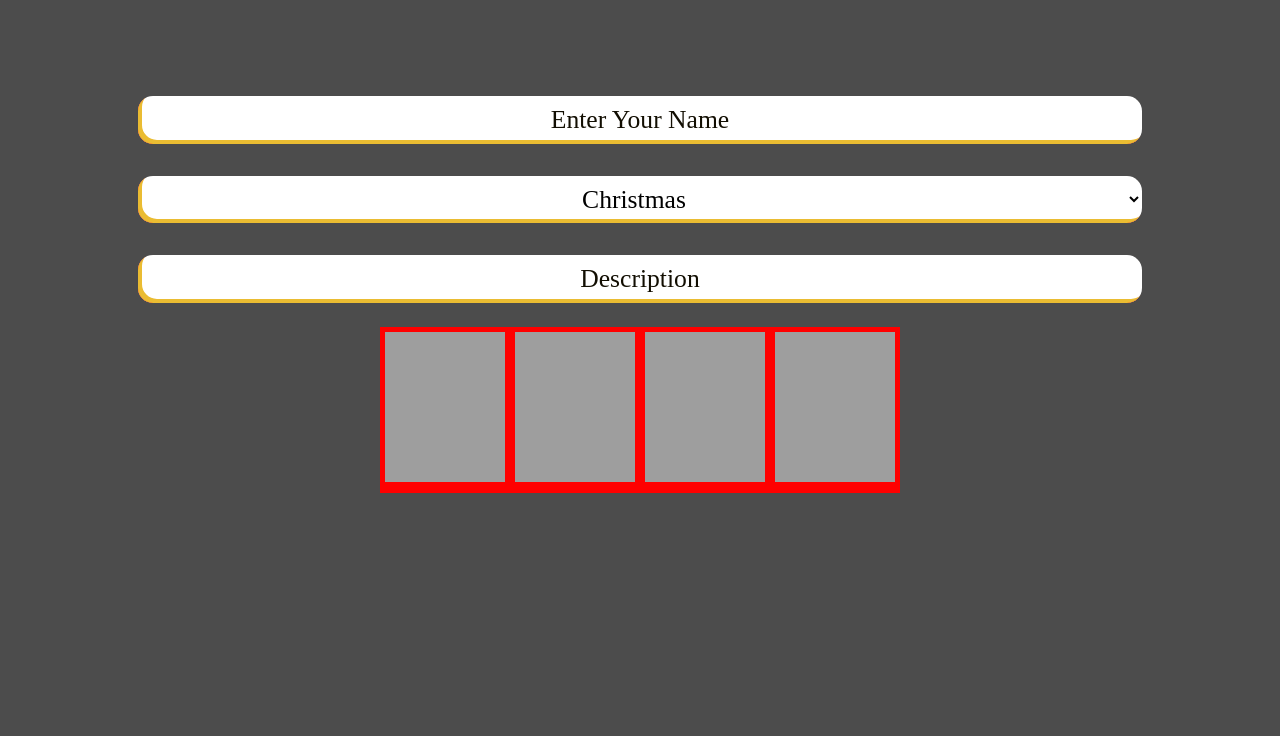
Repository: Haneef-Shaik/Greetings
Page: /
These files come from the project's save history. The page is drawn as it stood at one moment and after the next save; the edit follows.
The browser window is 1280 px wide. The pictures show the whole page.
Pictures or frames that could not be fetched are drawn as grey boxes. The project was rebuilt for these pictures with package versions that can differ from the ones it lists, and the page was loaded fresh each time. The framework's server and built-in components were replaced by stand-ins that run in the browser. Also part of the build but not shown: next.config.js, styles/card.module.scss, components/card.js, styles/socialShare.module.scss, components/socialShare.js.

Above is the page before, as saved 2021-12-01 21:02:23.

### pages/_app.js
import '../styles/globals.css'
import 'bootstrap/dist/css/bootstrap.css'


function MyApp({ Component, pageProps }) {
  return <Component {...pageProps} />
}

export default MyApp

### pages/index.js
import Card from "../components/card.js";
import {useRouter} from 'next/router';
import Ss from "../components/socialShare"
import InpFrm from "../components/form"

export default function Home() {
  const {query} = useRouter();
  const myurls='https://gratefulprayerthankfulheart.com/wp-content/uploads/2014/12/aquawhitechristmastreegreeting.jpg';

  if(query.length > 0)
  {

    if(query.greeting)
    {
      return (
        <>
          <Card event={query.event} image={query.bgImg} name={query.name} greeting={query.greeting}  />
        </>
          )
    }
    else
    {
      return (
        <>
          <Card event={query.event} image={query.bgImg} name={query.name}  />
        </>
          )
    }

  }
  else
  {
    return (
        <>
          <InpFrm />
        </>
        )
  }
    // return (
    //   <>
        {/* <Card event='Event' image={myurls} name='Name' color='red' greeting="Lorem Ipsum is simply dummy text of the printing and typesetting industry. Lorem Ipsum has been thing software like Aldus PageMaker including versions of Lorem Ipsum."  /> */}
        {/* <Ss mylink="localhost:3000/name=haneef&event=christmas" /> */}
    {/*     <Ss mylink="localhost:3000/name=haneef&event=christmasW&sddsajnodsoduaibdadbksa" /> */}
    //   </>
    //     )

}

### components/form.js
/* eslint-disable no-undef */
import React, {useState,useRef} from 'react'

import 'bootstrap/dist/css/bootstrap.min.css';
import styles from '../styles/form.module.scss';
import IMAGE from 'next/image'


function Edit() {

    const [IMG1,setImg]=useState('');


    return (
        <div className="container-fluid p-2 "  style={{backgroundColor:'#4C4C4C'} }>
            <div className="container">
                <div className="row">
                    <div className="col-12">
                        <div className={styles.formContainer} >
                            <form className="formStyle">
                                <input type="text" placeholder="Enter Your Name" className="col-12" required />

                                <select name="festival" className="col-12 p-2">
                                    <option value="christmas">Christmas</option>
                                    <option value="newYear">New Year</option>
                                </select>

                                <input type="text" placeholder="Description" className="col-12" optional />

                                <div className="d-flex justify-content-around align-items-center flex-wrap mt-4" style={{backgroundColor:'red'}}>
                                    {/* <label htmlFor="img1">
                                        <IMAGE src='/images/christmas/christmas.png' width={200} height={100} />
                                    </label>
                                    <label htmlFor="img2">
                                        <IMAGE src='/images/christmas/christmas.png' width={200} height={100} />
                                    </label>
                                    <label htmlFor="img3">
                                        <IMAGE src='/images/christmas/christmas.png' width={200} height={100} />
                                    </label>
                                    <label htmlFor="img4">
                                        <IMAGE src='/images/christmas/christmas.png' width={200} height={100} />
                                    </label>
                                    <input type="radio" name="BgImage" className="bgImg" id="img1" hidden="true" />
                                    <input type="radio" name="BgImage" className="bgImg" id="img2" hidden="true" />
                                    <input type="radio" name="BgImage" className="bgImg" id="img3" hidden="true" />
                                    <input type="radio" name="BgImage" className="bgImg" id="img4" hidden="true" /> */}

                                <button onClick={()=>setImg('christmas.png')} className="btn p-1">
                                    <IMAGE src='/images/christmas/christmas.png' width="120" height="150" />
                                </button>

                                <button onClick={()=>setImg('christmas1.png')} className="btn p-1">
                                    <IMAGE src='/images/christmas/christmas1.png' width="120" height="150" />
                                </button>

                                <button onClick={()=>setImg('christmas2.png')} className="btn p-1">
                                    <IMAGE src='/images/christmas/christmas2.png' width="120" height="150" />
                                </button>

                                <button onClick={()=>setImg('christmas2.png')} className="btn p-1">
                                    <IMAGE src='/images/christmas/christmas2.png' width="120" height="150" />
                                </button>

                                </div>
                            </form>
                        </div>
                    </div>
                </div>
            </div>
        </div>
    )
}


class InvitationCard extends React.Component{
    render(){
        return (

                <div className="body p-2" style={{backgroundColor: this.props.c,backgroundImage:`url(${this.props.im})`,backgroundSize:350,backgroundRepeat:'no-repeat'}} >
                    <h1 id="heading" style={{color: this.props.heading}}>{this.props.name}</h1>
                    <p style={{marginTop: "50px",color: this.props.content}}>{this.props.message}</p>
                    <p style={{color: this.props.content}} id="toWhom">{this.props.to}</p>
                </div>
        )
    }

}



export default Edit;

### styles/form.module.scss
.formContainer{
    padding:5%;
    height:100vh;
    background-color:#4C4C4C;
    // background: linear-gradient(#920000,#800000,#6D0000,#490000);
    input , select {
        margin-top:2rem;

        text-align:center;
        font-family: 'Times New Roman', Times, serif;
        font-size:1.6rem;
        border:none;

        background-color:#fff;
        border-radius:15px;
        box-shadow: inset 4px -4px 0px #EABC32 , inset 2px -2px 0px #f00 ;
        line-height:3rem;
        &::placeholder{
            color:#120E02;
        }
    }
    form{
        display: flex;
        align-items:center;
        justify-content: space-evenly;
        flex-direction: column;
        flex-wrap: wrap;
    }
    .bgImg:active{
        border: 5px solid white;
    }
}

Loaded but not shown: pages/api/hello.js (common file); styles/globals.css (common file)

After the next save:
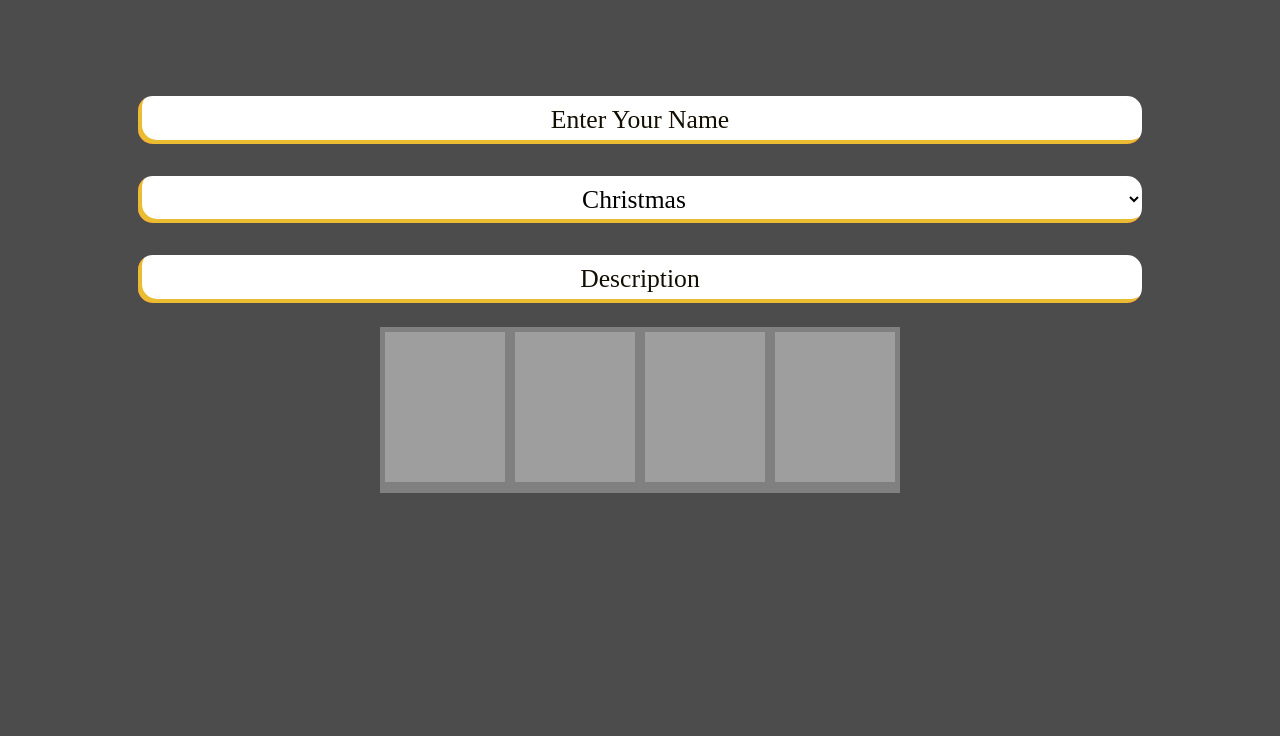
Saved 8 s later.
--- a/components/form.js
+++ b/components/form.js
@@ -27,7 +27,7 @@ function Edit() {
 
                                 <input type="text" placeholder="Description" className="col-12" optional />
 
-                                <div className="d-flex justify-content-around align-items-center flex-wrap mt-4" style={{backgroundColor:'red'}}>
+                                <div className="d-flex justify-content-around align-items-center flex-wrap mt-4" style={{backgroundColor:'grey'}}>
                                     {/* <label htmlFor="img1">
                                         <IMAGE src='/images/christmas/christmas.png' width={200} height={100} />
                                     </label>
